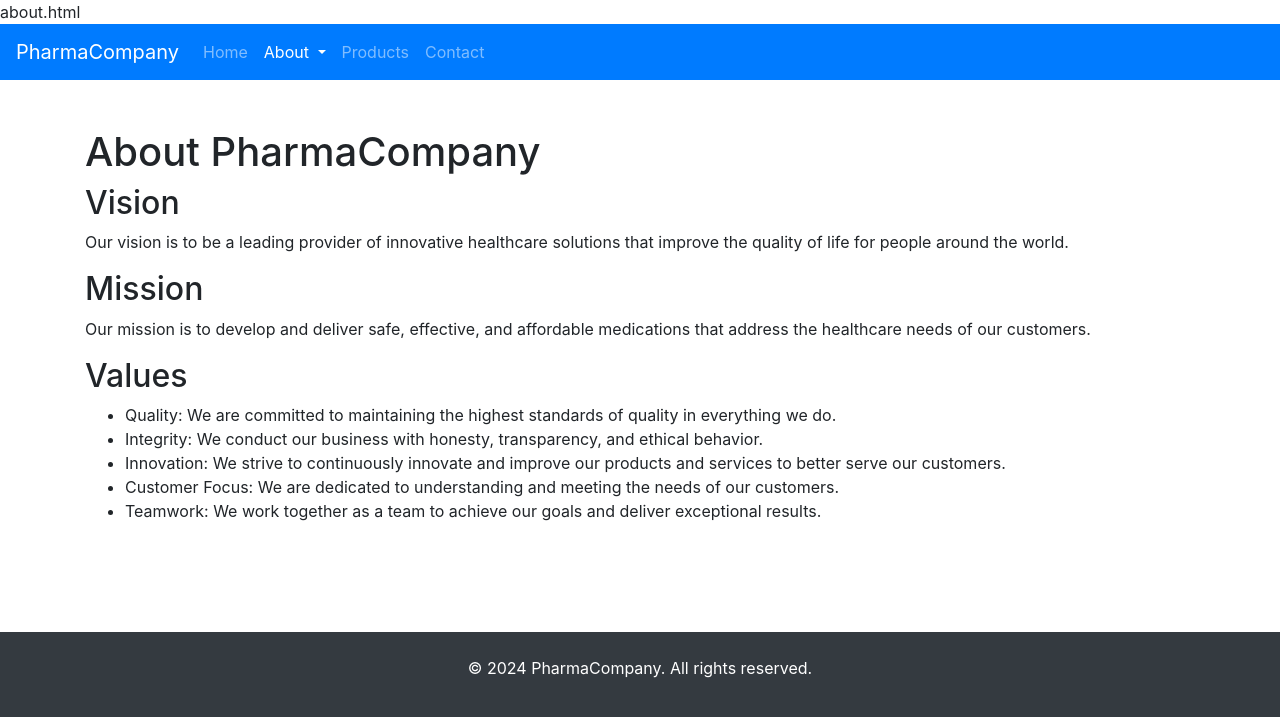
Repository: Oviya24032K6/Pharma
Page: oviya/pharmapp/static/about.html
An editor plug-in stored every save of this project. The page is shown before and after the next save, followed by the edit.
The browser window is 1280 px wide. The pictures show the whole page.

Above is the page before, as saved 2024-05-07 08:30:07.
Not found: oviya/pharmapp/static/a.png

### oviya/pharmapp/static/about.html

about.html

<!DOCTYPE html>
<html lang="en">
<head>
  <meta charset="UTF-8">
  <meta name="viewport" content="width=device-width, initial-scale=1.0">
  <title>About PharmaCompany</title>
  <!-- Bootstrap CSS -->
  <link href="https://stackpath.bootstrapcdn.com/bootstrap/4.5.2/css/bootstrap.min.css" rel="stylesheet">
  <!-- Custom CSS -->
  <style>
    body {
      background-image: url('a.png');
      background-size: cover;
      background-repeat: no-repeat;
    }
    footer{
    position: fixed;
      left: 0;
      bottom: 0;
      width: 100%;
      background-color: #343a40;
      color: white;
      text-align: center;
      padding: 10px 0;
    }
  </style>
</head>
<body>

  <!-- Navbar -->
  <nav class="navbar navbar-expand-lg navbar-dark bg-primary">
    <a class="navbar-brand" href="#">PharmaCompany</a>
    <button class="navbar-toggler" type="button" data-toggle="collapse" data-target="#navbarSupportedContent" aria-controls="navbarSupportedContent" aria-expanded="false" aria-label="Toggle navigation">
      <span class="navbar-toggler-icon"></span>
    </button>

    <div class="collapse navbar-collapse" id="navbarSupportedContent">
      <ul class="navbar-nav mr-auto">
        <li class="nav-item">
          <a class="nav-link" href="web.html">Home</a>
        </li>
        <li class="nav-item dropdown active">
          <a class="nav-link dropdown-toggle" href="about.html" id="navbarDropdownAbout" role="button" data-toggle="dropdown" aria-haspopup="true" aria-expanded="false">
            About
          </a>
          <div class="dropdown-menu" aria-labelledby="navbarDropdownAbout">
            <a class="dropdown-item" href="#vision">Vision</a>
            <a class="dropdown-item" href="#mission">Mission</a>
            <a class="dropdown-item" href="#values">Values</a>
            <!-- Add more subheadings as needed -->
          </div>
        </li>
        <li class="nav-item">
          <a class="nav-link" href="product.html">Products</a>
        </li>
        <li class="nav-item">
          <a class="nav-link" href="#">Contact</a>
        </li>
      </ul>
    </div>
  </nav>

  <!-- Page Content -->
  <div class="container mt-5">
    <div class="row">
      <div class="col-md-12">
        <h1>About PharmaCompany</h1>
        <div id="vision">
          <h2>Vision</h2>
          <p>Our vision is to be a leading provider of innovative healthcare solutions that improve the quality of life for people around the world.</p>
        </div>
        <div id="mission">
          <h2>Mission</h2>
          <p>Our mission is to develop and deliver safe, effective, and affordable medications that address the healthcare needs of our customers.</p>
        </div>
        <div id="values">
          <h2>Values</h2>
          <ul>
            <li>Quality: We are committed to maintaining the highest standards of quality in everything we do.</li>
            <li>Integrity: We conduct our business with honesty, transparency, and ethical behavior.</li>
            <li>Innovation: We strive to continuously innovate and improve our products and services to better serve our customers.</li>
            <li>Customer Focus: We are dedicated to understanding and meeting the needs of our customers.</li>
            <li>Teamwork: We work together as a team to achieve our goals and deliver exceptional results.</li>
          </ul>
        </div>
        <!-- Add more subheadings as needed -->
      </div>
    </div>
  </div>

  <!-- Footer -->
  <footer class="bg-dark text-white text-center py-4 mt-5">
    <p>&copy; 2024 PharmaCompany. All rights reserved.</p>
  </footer>

  <!-- Bootstrap JS -->
  <script src="https://code.jquery.com/jquery-3.5.1.slim.min.js"></script>
  <script src="https://cdn.jsdelivr.net/npm/popper.js@1.16.1/dist/umd/popper.min.js"></script>
  <script src="https://stackpath.bootstrapcdn.com/bootstrap/4.5.2/js/bootstrap.min.js"></script>
</body>
</html>

After the next save:
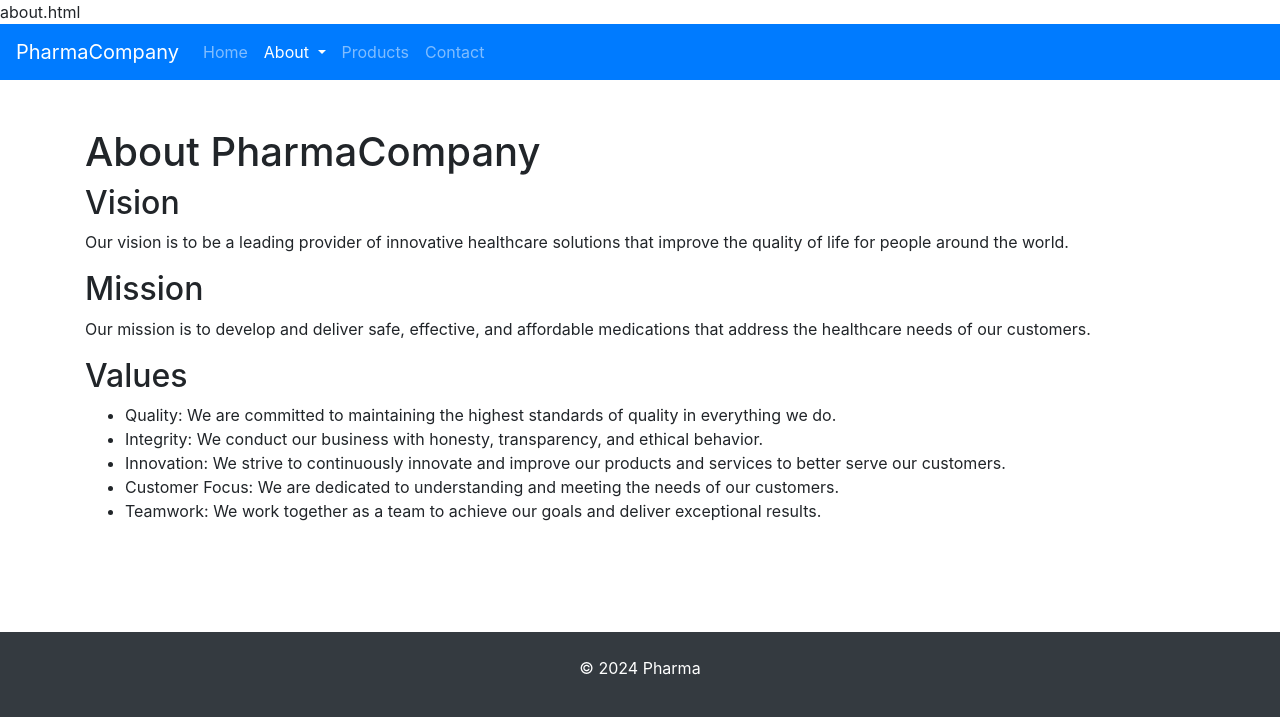
Saved 7 s later.
--- a/oviya/pharmapp/static/about.html
+++ b/oviya/pharmapp/static/about.html
@@ -93,7 +93,7 @@ about.html
 
   <!-- Footer -->
   <footer class="bg-dark text-white text-center py-4 mt-5">
-    <p>&copy; 2024 PharmaCompany. All rights reserved.</p>
+    <p>&copy; 2024 Pharma</p>
   </footer>
 
   <!-- Bootstrap JS -->
